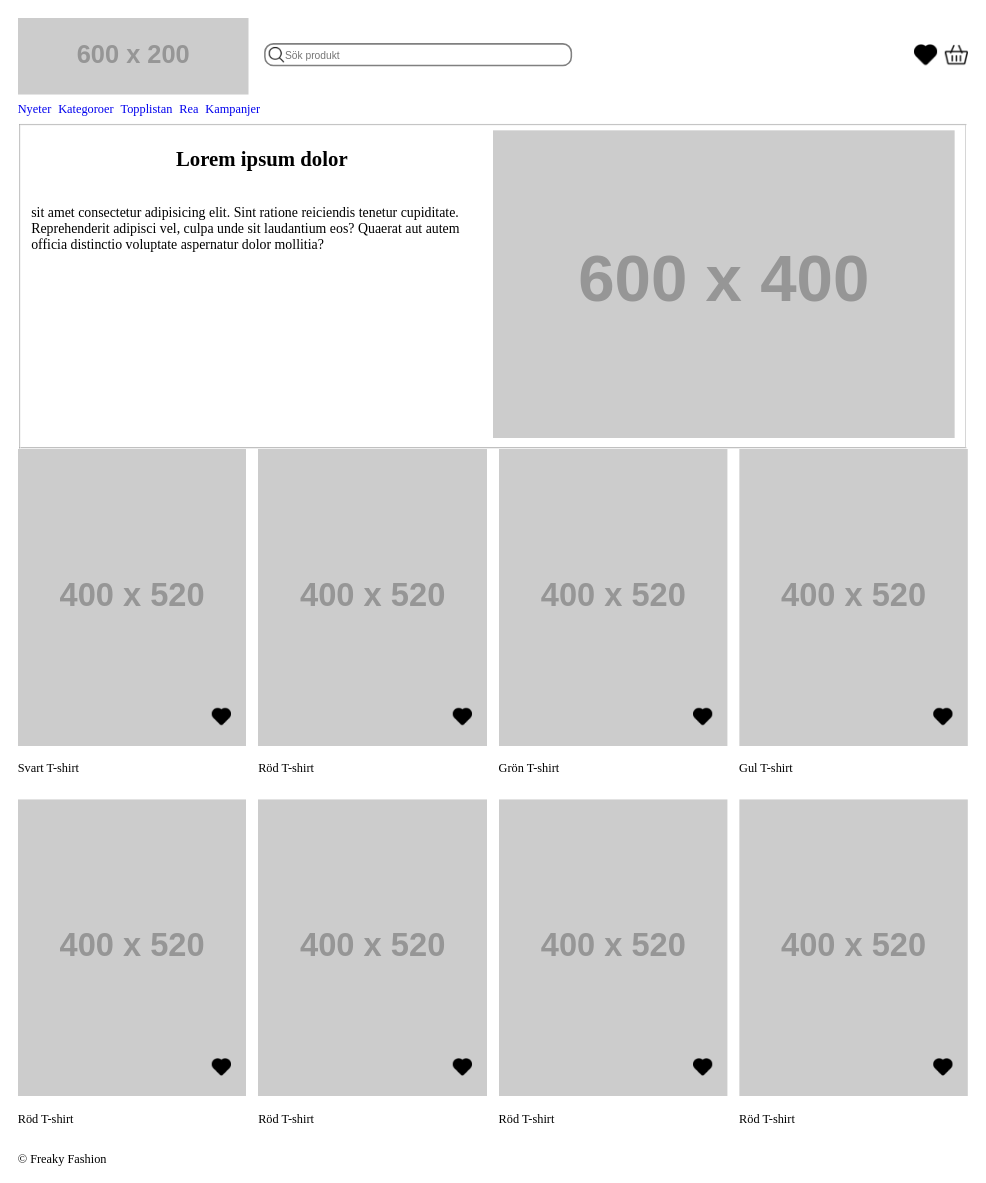
Repository: Kalle1995/project
Page: index.html
These files come from the project's save history. The page is drawn as it stood at one moment and after the next save; the edit follows.
The browser window is 1280 px wide. The pictures show the whole page, at 77% of full size.

Above is the page before, as saved 2024-10-05 22:34:23.

### index.html
<!DOCTYPE html>
<html lang="sv">

<head>
  <meta charset="UTF-8" />
  <meta name="viewport" content="width=device-width, initial-scale=1.0" />
  <title>Freaky Fashion</title>

  <link rel="stylesheet" href="main.css" />
</head>

<body>
  <header>
    <section>
      <div class="wholeHead">
        <img src="https://placehold.co/600x200 " alt="icon" class="icon" />

        <div class="searchAndIcons">
          <input type="search" placeholder="Sök produkt" class="search">
          <div class="headIcons">
            <a href="#"><img src="bilder/full heart.png" alt="favourite"></a>
            <a href="#"><img src="bilder/cart.png" alt="cart"></a>
          </div>
        </div>
      </div>

      <!-- jag behöver fixa att man kan sriva och iconen förvinner -->
      <!-- om, jag har div för input typ så den ta hela raden -->

      <div>
        <nav class="NavList">
          <ul>
            <li class="nav-list-item"><a href="#">Nyeter</a></li>
            <li class="nav-list-item hide-on-mobile ejnav"><a href="#">Kategoroer</a></li>
            <li class="nav-list-item"><a href="#">Topplistan</a></li>
            <li class="nav-list-item"><a href="#">Rea</a></li>
            <li class="nav-list-item"><a href="#">Kampanjer</a></li>
          </ul>
        </nav>
      </div>

      <!-- <dl> och <dt> använda man i detta falet  -->

    </section>
  </header>

  <main>
    <section class="mid">
      <article>
        <fieldset class="head">
          <img class="head-image" src="https://placehold.co/600x400" alt="" class="loremPic">
          <div>
            <h2 class="head-title">Lorem ipsum dolor</h2>
            <p class="head-text">
              <br>sit amet consectetur adipisicing elit. Sint ratione reiciendis tenetur cupiditate. Reprehenderit
              adipisci
              vel, culpa unde sit laudantium eos? Quaerat aut autem officia distinctio voluptate aspernatur dolor
              mollitia?
            </p>
          </div>
        </fieldset>
      </article>
    </section>
    <section class="products">
      <!-- grid container -->
      <div class="product">
        <img class="product-icon" src="bilder/full heart.png" alt="">
        <img class="product-pic" src="https://placehold.co/400x520/png?text=Black+T-shirt" alt="Svart T-shirt" />
        <p>Svart T-shirt</p>
      </div>

      <div class="product">
        <img class="product-icon" src="bilder/full heart.png" alt="">
        <img class="product-pic" src="https://placehold.co/400x520/png?text=Red+T-shirt" alt="" />
        <p>Röd T-shirt</p>
      </div>

      <div class="product">
        <img class="product-icon" src="bilder/full heart.png" alt="">
        <img class="product-pic" src="https://placehold.co/400x520/png?text=Green+T-shirt" alt="" />
        <p>Grön T-shirt</p>
      </div>

      <div class="product">
        <img class="product-icon" src="bilder/full heart.png" alt="">
        <img class="product-pic" src="https://placehold.co/400x520/png?text=Gul+T-shirt" alt="" />
        <p>Gul T-shirt</p>

      </div>

      <div class="product">
        <img class="product-icon" src="bilder/full heart.png" alt="">
        <img class="product-pic" src="https://placehold.co/400x520/png?text=Red+T-shirt" alt="">
        <p>Röd T-shirt</p>
      </div>

      <div class="product">
        <img class="product-icon" src="bilder/full heart.png" alt="">
        <img class="product-pic" src="https://placehold.co/400x520/png?text=Red+T-shirt" alt="">
        <p>Röd T-shirt</p>
      </div>

      <div class="product">
        <img class="product-icon" src="bilder/full heart.png" alt="">
        <img class="product-pic" src="https://placehold.co/400x520/png?text=Red+T-shirt" alt="">
        <p>Röd T-shirt</p>
      </div>

      <div class="product">
        <img class="product-icon" src="bilder/full heart.png" alt="">
        <img class="product-pic" src="https://placehold.co/400x520/png?text=Red+T-shirt" alt="">
        <p>Röd T-shirt</p>
      </div>
    </section>
  </main>

  <br>

  <footer>
    <div class="Company">&copy; Freaky Fashion</div>
  </footer>
</body>

</html>

### main.css
body {
    padding: 15px;
    font-size: 2em;
    display: grid;

}


.head-title {
    text-align: center;
}

.products {
    display: grid;
    gap: 15px;
}

ul {
    list-style-type: none;
    margin: 0;
    padding: 0;

}

.search {
    border: 2px solid gray;
    border-radius: 12px;
    padding: 5px;
    display: inline;
    background-image: url(bilder/search.png);
    background-repeat: no-repeat;
    background-position: 4px;
    padding-left: 25px;

}

.NavList {
    padding-bottom: 10px;
    padding-top: 10px;

}

.hide-on-mobile {
    display: none;
}

.nav-list-item {
    a {
        text-decoration: none;
    }
}

.product {
    position: relative;
}

.product-icon {
    right: 20px;
    bottom: 80px;
    position: absolute;
}

.product-pic {
    width: 100%;
    height: auto;
}

.head {
    display: flex;
    flex-direction: column;
}

.head-image {
    width: 100%;
}

.wholeHead {
    display: flex;
    flex-direction: row;
}

.searchAndIcons {
    width: 100%;
    display: flex;
    flex-direction: row;
    margin: auto 0 auto 20px;
}

.search {
    height: 30px;
    width: 100%;
    max-width: 400px;
    margin-right: 10px;
}

.headIcons {
    display: flex;
    gap: 10px;
    margin-right: 0;
    margin-left: auto;

    img {
        height: 30px;
    }
}

.icon {
    width: 300px;
}

@media (max-width: 640px) {
    .mid {
        position: relative;
        display: block;
        font-size: medium;
    }

    li {
        margin-bottom: 3px;
    }

    .icon {
        width: 100%;
    }

    .wholeHead {
        flex-direction: column;
    }

    .search {
        height: 35px;
        width: 100%;
        max-width: 400px;
    }

    .headIcons {
        img {
            height: 35px;
        }
    }

    .searchAndIcons {
        margin-top: 10px;
        margin-left: 0;
    }
}

@media (min-width: 640px) {
    .products {
        grid-template-columns: repeat(2, 1fr);
    }

    .mid {
        position: relative;
        display: block;
        font-size: large;
    }

    li {
        display: inline;
        margin-right: 5px;
    }
}

body {
    font-size: 1.5em;
}

@media (min-width: 1024px) {
    .products {
        grid-template-columns: repeat(4, 1fr);
    }

    body {
        font-size: 1em;
    }

    .listan {
        display: flex;
    }

    li {
        display: inline;
        margin-right: 5px;
    }

    .hide-on-mobile {
        display: inline-block;
    }

    .head {
        flex-direction: row-reverse;
    }
}





/*
    @media (max-width:1024px) {
        .ejnav {
            display: none;
        }

      }
*/



/*
      @media print {
        body {
            font-size: 4em;
        }
        img {
            display: none;
        }
      }
*/



/*
här för Nyproduckt sidan
*/


header>h3 {
    position: absolute;
    left: 10px;
    bottom: auto;
}

.vänster {
    display: grid;
    grid-template-rows: 100%;
    background-color: gray;
}


.liggTill {
    hero-text button: hover
}


/*
kassa sidan
*/

.kassa {
    text-align: center;

}






.buy>button {
    display: grid;
    align-items: center;
    width: 80px;
    height: 30px;
    background-color: rgb(255, 255, 255);
    margin-left: 50%;
    font-weight: bold;
    border-radius: 10px;

}


.no-space {
    margin: 0;
    padding: 0;
    border: none;
    border-top: 1px solid black;
    /* Valfri färg eller stil på linjen */
}


.omOss {
    padding: 15px;
    background-color: rgb(207, 206, 206)
}

.list-container {
    display: inline-flex;
    justify-content: space-between;
    /* Ser till att listorna sprids ut jämnt */
    gap: 150px;
    /* Mellanrum mellan listorna */
}

.list {
    flex: 1;
    /* Gör att listorna tar upp lika mycket plats */
    padding-left: 15px;
}

.list h3 {
    margin-bottom: 20px;
}

.list li {
    list-style-type: none;
    /* ingen punkter i listan */
    padding: 0;
}

.list li ul {
    margin-bottom: 10px;
}




/*
Administration
*/

.AD {
    width: 115%;
    padding-left: 15px;
    margin-left: -25px;
    margin-top: -25px;
    float: left;
    font-style: normal;
    background-color: rgb(0, 0, 0);
    position: relative;
    display: flex;
    color: white;
}

.PR {
    background-color: rgb(209, 209, 208);
    height: auto;
    margin-left: -25px;
    padding-left: 20px;
    margin-right: auto;
    padding-right: 70px;
    padding-top: 15px;
    font-weight: bold;
    position: relative;
}

.AR {
    position: relative;
    ;
    left: 200px;
    top: -40px;

}













/*

.Company{
    text-align: center;
    bottom: auto;
}

After the next save:
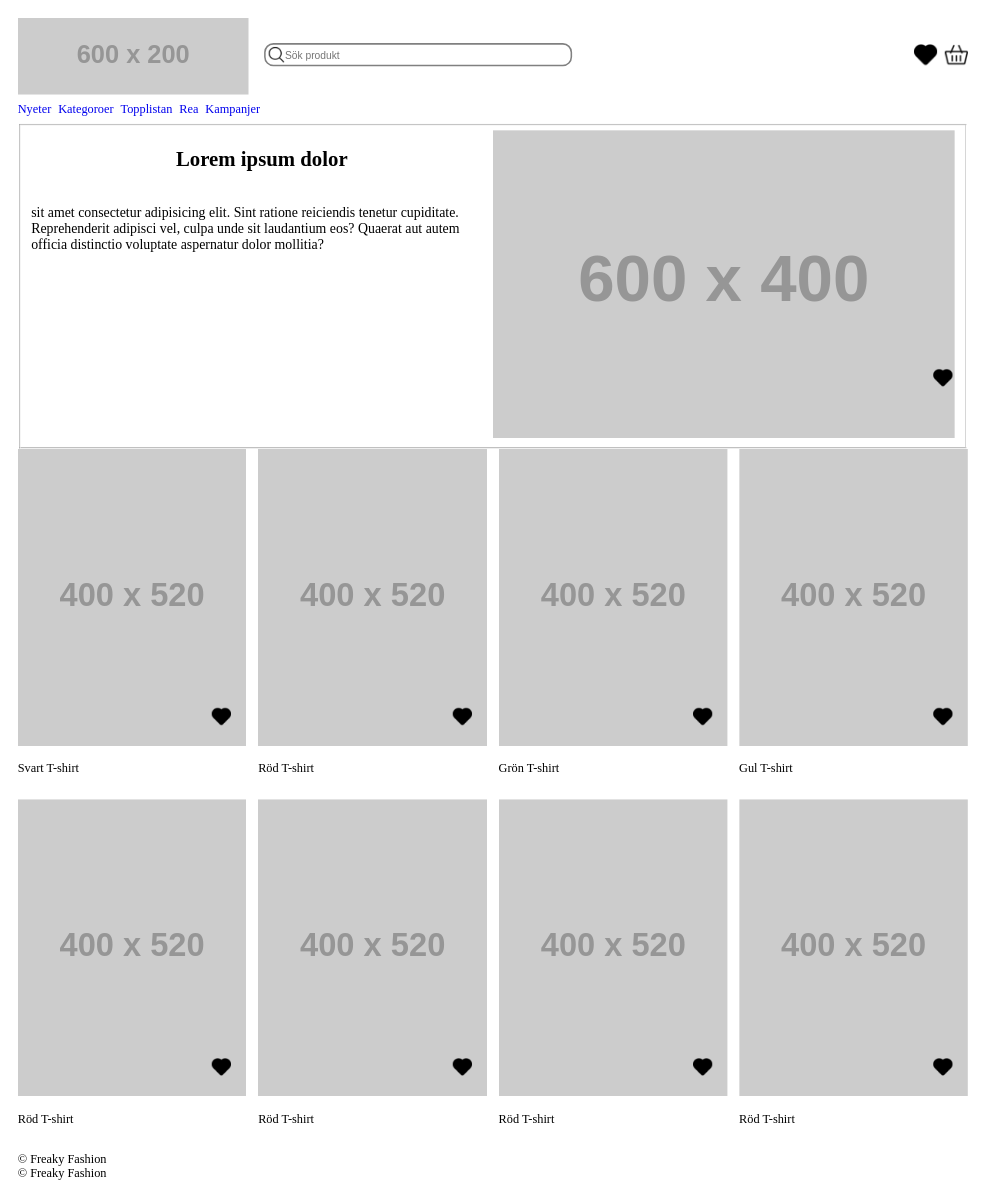
Saved 20 h 21 min later.
--- a/index.html
+++ b/index.html
@@ -58,7 +58,7 @@
               mollitia?
             </p>
           </div>
-        </fieldset>
+        </fieldset><img class="product-icon" src="bilder/full heart.png" alt="">
       </article>
     </section>
     <section class="products">
@@ -116,7 +116,11 @@
 
   <br>
 
-  <footer>
+  <footer class="normal-footer">
+    <div class="Company">&copy; Freaky Fashion</div>
+  </footer>
+
+  <footer class="small-footer">
     <div class="Company">&copy; Freaky Fashion</div>
   </footer>
 </body>
